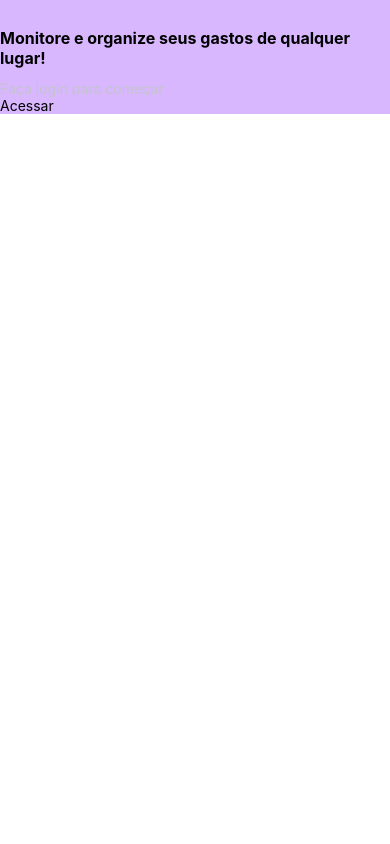
Repository: zz4fff/finance2
Page: /
The author's editor kept a copy of each file at every save. The page is drawn from the files as they stood at one save, then again after the next save.
The browser window is 390 px wide. The pictures show the whole page.
The app was drawn by React Native's web renderer in a window 390 px wide. The project was rebuilt for these pictures with package versions that can differ from the ones it lists, and the page was loaded fresh each time. Some packages were replaced by stand-ins written for this rebuild.

Above is the page before, as saved 2026-04-17 19:21:12.

After the next save:
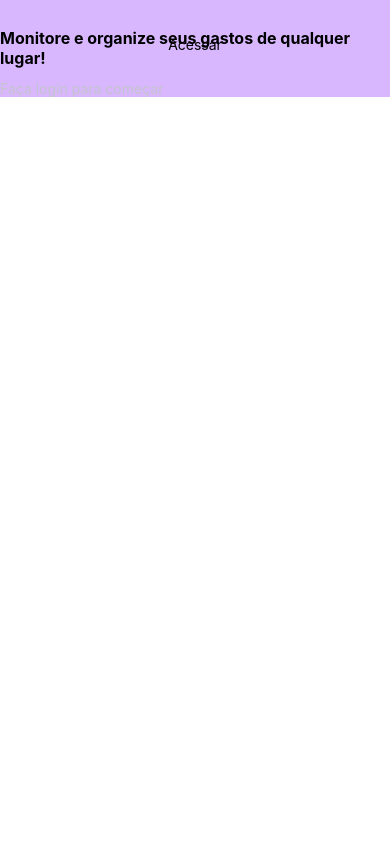
Saved 64 s later.
--- a/src/pages/Welcome/index.js
+++ b/src/pages/Welcome/index.js
@@ -34,4 +34,15 @@ const styles = StyleSheet.create({
   text: {
     color: "#c4c4cc",
   },
+
+  button: {
+    position: 'absolute',
+    backgroundColor: '#871cf',
+    borderRadius: 8,
+    padding: 12,
+    marginTop: 24,
+    alignItems: 'center',
+    justifyContent: 'center',
+    width: '100%',
+  },
 });
